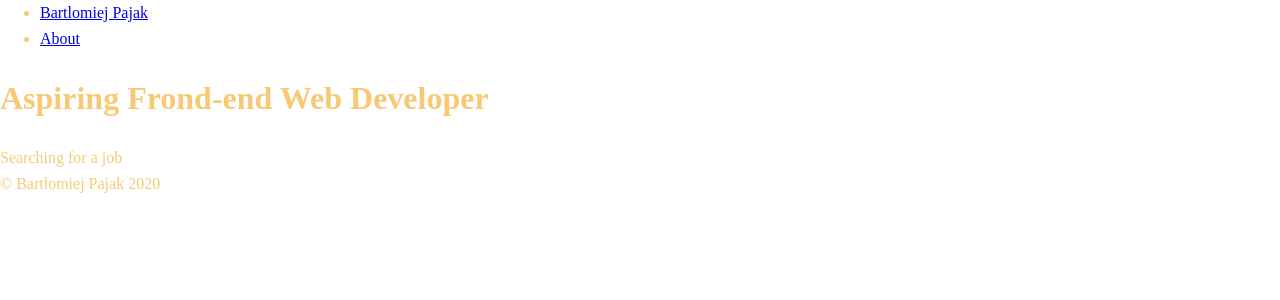
Repository: spidero7/personal-site
Page: index.html
The author's editor kept a copy of each file at every save. The page is drawn from the files as they stood at one save, then again after a run of saves.
The browser window is 1280 px wide. The pictures show the whole page.
Some web fonts or font styles are not loaded; a fallback is used.

Above is the page before, as saved 2020-04-15 22:00:09.

### index.html
<!DOCTYPE html>
<html>

    <head>
        <meta charset="utf-8">
        <title>Bartlomiej Pajak</title>
        <meta name="viewport" content="width=device-width, initial-scale=1">
        <link rel="stylesheet" href="css/normalize.css">
        <link href="https://fonts.googleapis.com/css2?family=Domine&display=swap" rel="stylesheet">
        <link rel="stylesheet" href="css/style.css">
    </head>

    <body>

        <div>
            <header>
                <nav>
                    <ul>
                        <li><a href="#">Bartlomiej Pajak</a></li>
                        <li><a href="#">About</a></li>
                    </ul>
                </nav>
            </header>
        </div>

        <div>

            <h1>Aspiring Frond-end Web Developer</h1>
            <span>Searching for a job</span>

        </div>


        <footer>&copy; Bartlomiej Pajak 2020</footer>

    </body>
</html>

### css/style.css
/* =================================
  Base Element Styles
==================================== */

* {
    box-sizing: border-box;
}

body {
    font-family: 'Domine', serif;
    line-height: 1.6;
    color: #F7C974;
    margin: 0;
}

ul {
    margin: 0;
}

Loaded but not shown: css/normalize.css (library)

After the next 6 saves:
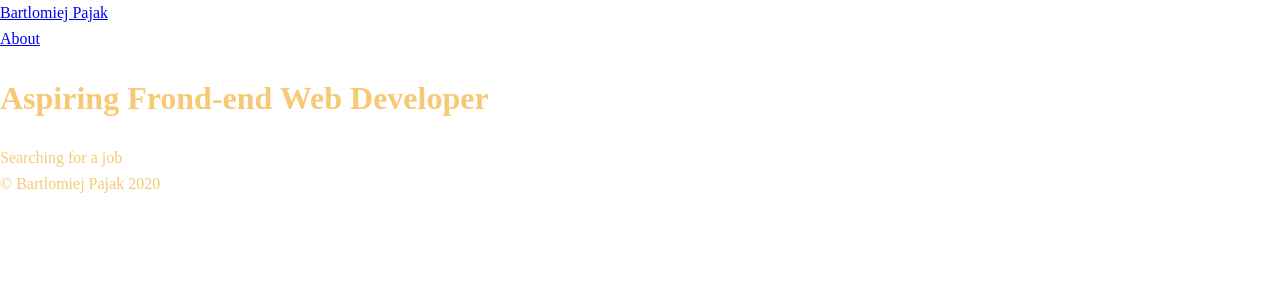
The 6 saves are shown as one change because they came seconds apart.
The last was saved 15 s later.
--- a/css/style.css
+++ b/css/style.css
@@ -15,4 +15,6 @@ body {
 
 ul {
     margin: 0;
+    padding: 0;
+    list-style: none;
 }
